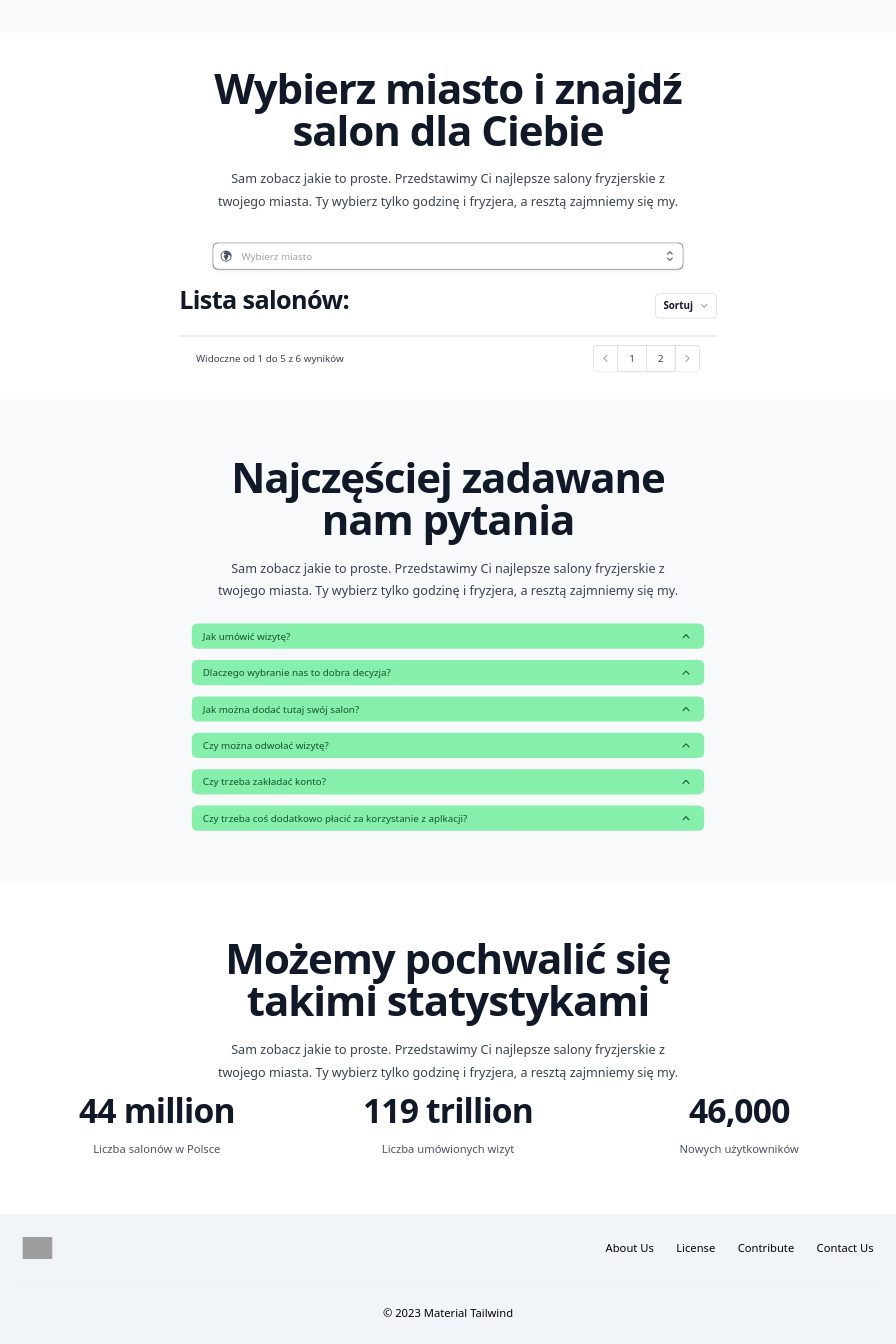
Repository: PrzemyslawJura/my-app
Page: / (app in frontend/)
The author's editor kept a copy of each file at every save. The page is drawn from the files as they stood at one save, then again after the next save.
The browser window is 1280 px wide. The pictures show the part of the page from y = 847 to 2767 px (the page is 2767 px tall before and 2761 px after), at 70% of full size.
Pictures or frames that could not be fetched are drawn as grey boxes. The page's requests for data from a server got no answer. The project was rebuilt for these pictures with package versions that can differ from the ones it lists, and the page was loaded fresh each time. No one was signed in, and anything a server would have sent is missing. Also part of the build but not shown: frontend/src/home/Listbox.jsx, frontend/src/home/StepOne.jsx, frontend/src/home/StepTwo.jsx, frontend/src/home/SalonOffer.jsx, frontend/src/components/Calendar.jsx, frontend/src/components/Tabs.jsx, frontend/src/biznes/CalendarOfWork.jsx, frontend/src/components/CarouselDefault.jsx and 14 more.

Above is the page before, as saved 2023-11-16 12:15:07.

After the next save:
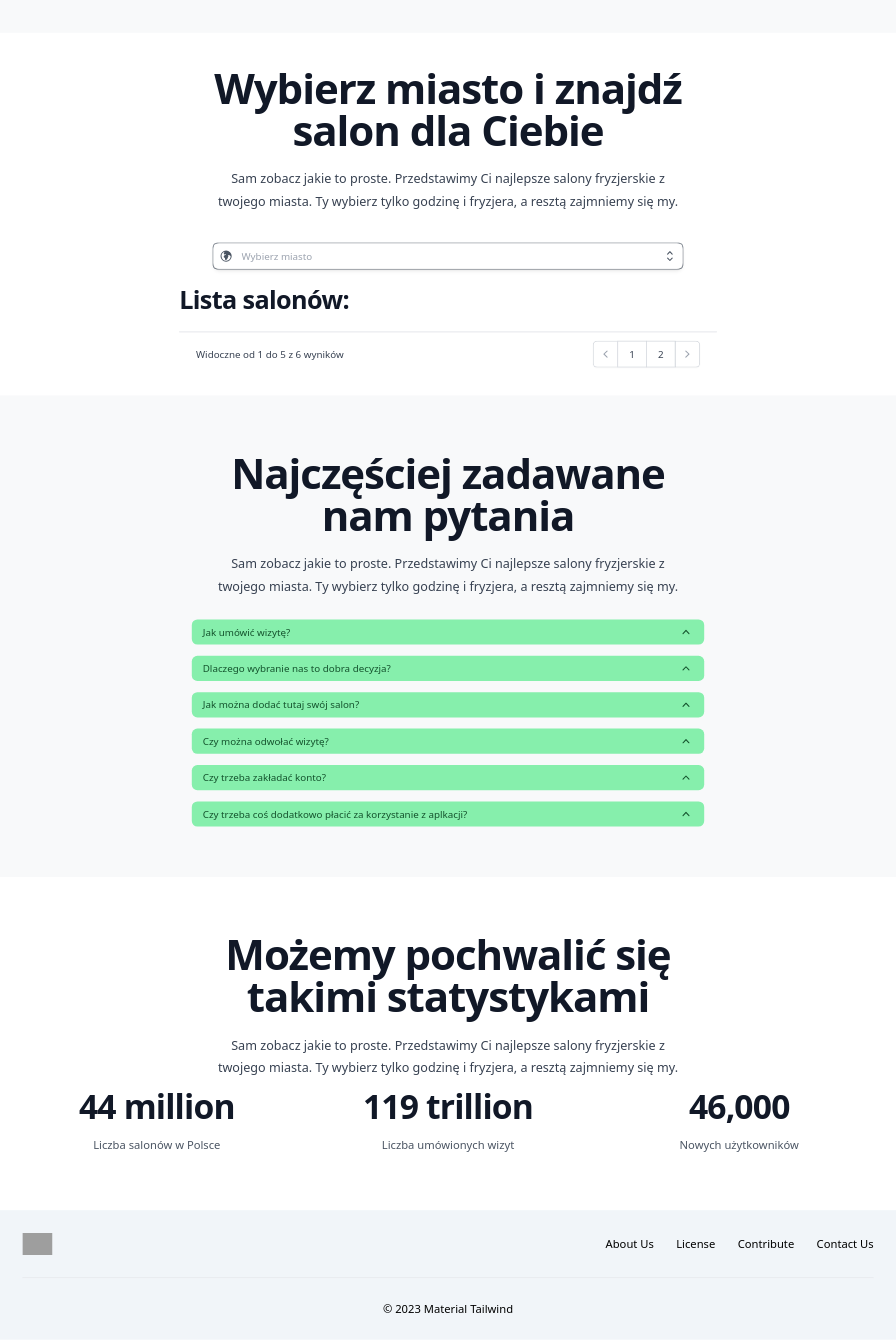
Saved 74 s later.
--- a/frontend/src/home/ListOfSalons.jsx
+++ b/frontend/src/home/ListOfSalons.jsx
@@ -90,7 +90,7 @@ const sortOptions = [
         <div className="flex items-baseline justify-between border-b border-gray-200 pb-6">
           <h1 className="text-4xl font-bold tracking-tight text-gray-900 mt-2">Lista salonów:</h1>
             <div className="flex items-center">
-              <Dropdown title="Sortuj" options={sortOptions}/>
+             {/* <Dropdown title="Sortuj" options={sortOptions}/>*/}
             </div>
         </div>
         <ul role="list" className="divide-y divide-gray-100">
